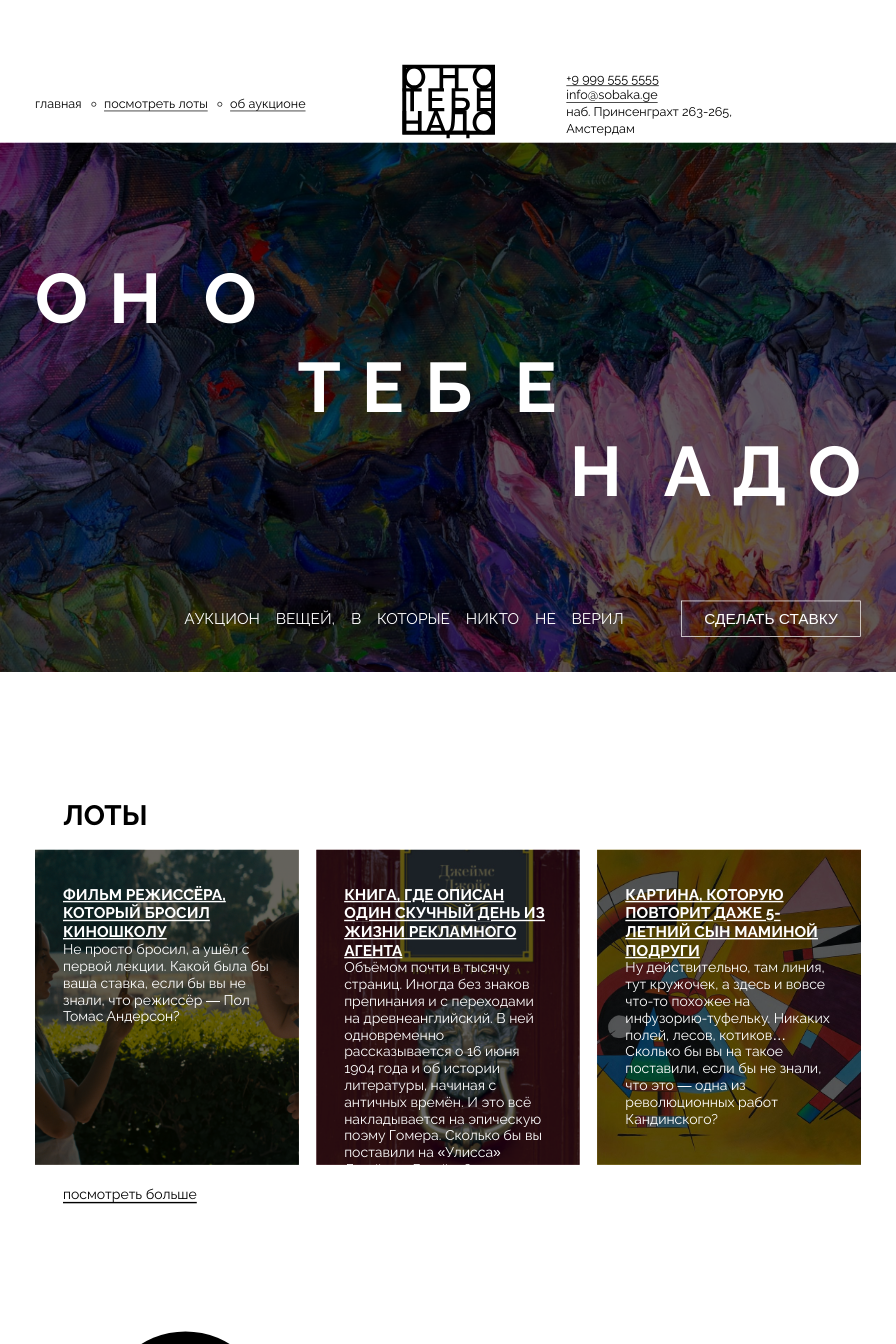
Repository: Hadoooouken/ono-tebe-nado
Page: index.html
An editor plug-in stored every save of this project. The page is shown before and after the next save, followed by the edit.
The browser window is 1280 px wide. The pictures show the part of the page from y = 0 to 1920 px (the page is 2687 px tall before and 2695 px after), at 70% of full size.

Above is the page before, as saved 2023-11-28 23:34:26.

After the next save:
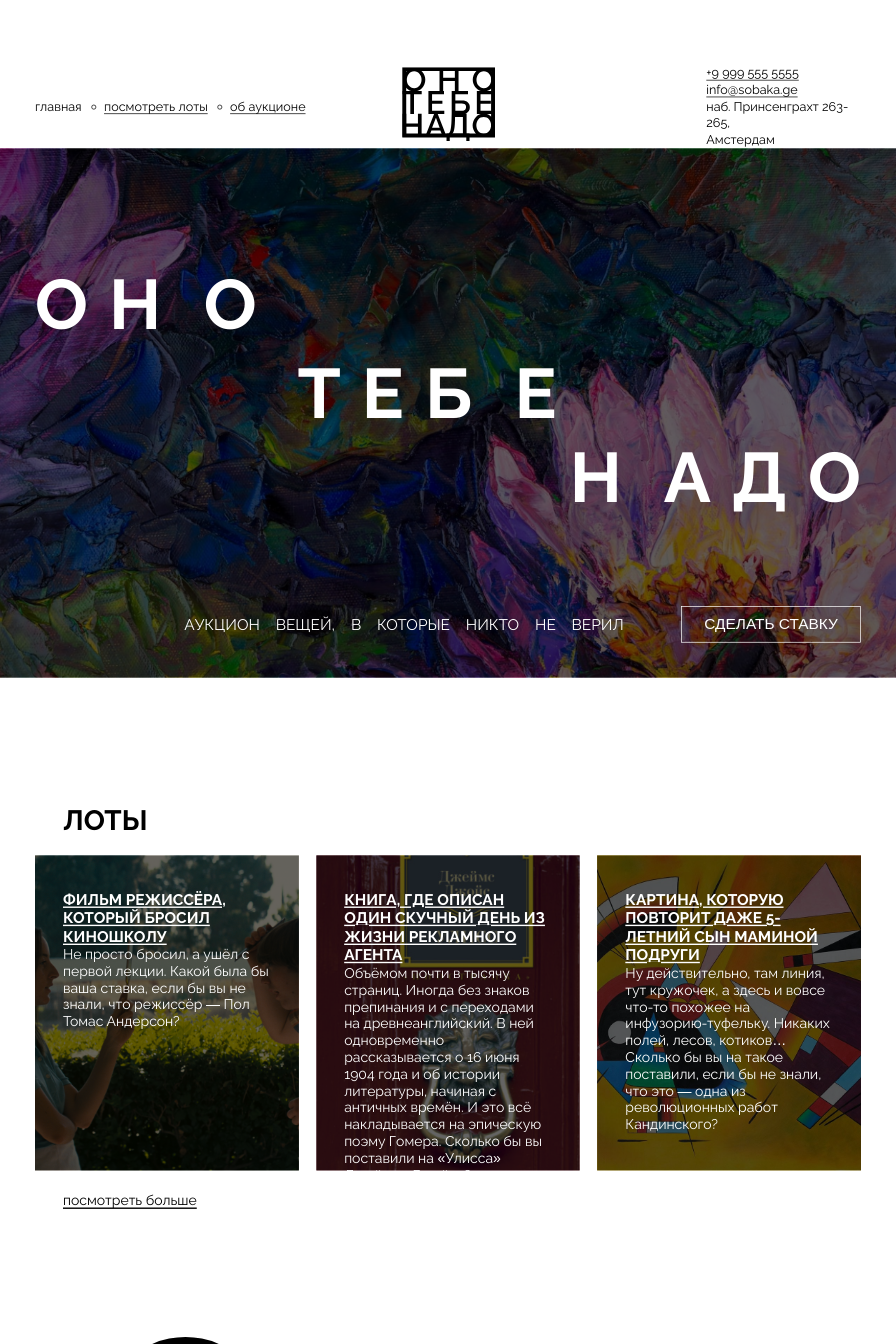
Saved 9 s later.
--- a/styles/style.css
+++ b/styles/style.css
@@ -11,7 +11,7 @@
 
 
 .address {
- margin-left: 100px;
+ margin-left: 300px;
 
 
 }
